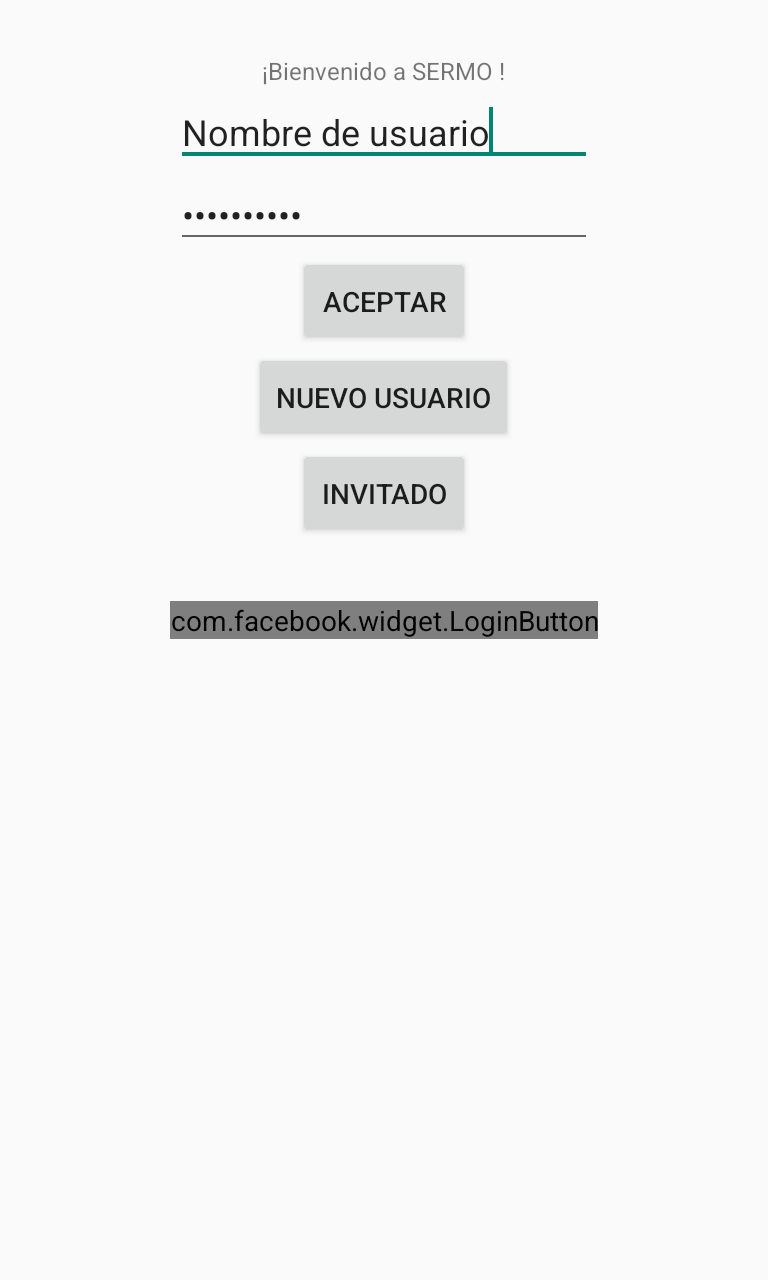
Repository: MVidi/juegos
Layout: SermoJuego/res/layout/pantallaprimera.xml
The author's editor kept a copy of each file at every save. The layout is drawn from the files as they stood at one save, then again after the next save.
Pictures or frames that could not be fetched are drawn as grey boxes. It is drawn on a 768 x 1280 px phone screen (xhdpi) without system bars, with theme AppTheme; the app's code is not run.

Above is the layout before, as saved 2014-08-11 16:10:54.

### SermoJuego/res/layout/pantallaprimera.xml
<RelativeLayout xmlns:android="http://schemas.android.com/apk/res/android"
    xmlns:tools="http://schemas.android.com/tools"
    android:id="@+id/container"
    android:layout_width="match_parent"
    android:layout_height="match_parent"
    tools:context=".pantallaInicioActivity"
    tools:ignore="MergeRootFrame" >

    <TextView
        android:id="@+id/TituloPI"
        android:layout_width="wrap_content"
        android:layout_height="wrap_content"
        android:layout_alignParentTop="true"
        android:layout_centerHorizontal="true"
        android:layout_marginTop="27dp"
        android:text="@string/juego"
        android:textSize="12sp" />

    <EditText
        android:id="@+id/contrasenaPI"
        android:layout_width="wrap_content"
        android:layout_height="wrap_content"
        android:layout_centerHorizontal="true"
        android:layout_below="@+id/usuarioPI"
        android:ems="10"
        android:inputType="textPassword"
        android:onClick="clicarContrasena"
        android:text="@string/Contrasena" />

    <EditText
        android:id="@+id/usuarioPI"
        android:layout_width="wrap_content"
        android:layout_height="wrap_content"
        android:layout_below="@+id/TituloPI"
        android:layout_centerHorizontal="true"
        android:ems="10"
        android:inputType="textPersonName"
        android:onClick="clicarUsuario"
        android:text="@string/Usuario" >

        <requestFocus />
    </EditText>

    <Button
        android:id="@+id/aceptarPI"
        android:layout_width="wrap_content"
        android:layout_height="wrap_content"
        android:layout_centerHorizontal="true"
        android:layout_below="@+id/contrasenaPI"
        android:onClick="aceptarPulsado"
        android:text="@string/Aceptar" />

    <Button
        android:id="@+id/nuevoUsuarioPI"
        android:layout_width="wrap_content"
        android:layout_height="wrap_content"
        android:layout_below="@+id/aceptarPI"
        android:layout_centerHorizontal="true"
        android:text="@string/nuevoUsuario" />

    <Button
        android:id="@+id/invitadoPI"
        android:layout_width="wrap_content"
        android:layout_height="wrap_content"
  		android:layout_centerHorizontal="true"
        android:layout_below="@+id/nuevoUsuarioPI"
        android:text="@string/Invitado"
    	android:onClick="conectarMongo" />


    <com.facebook.widget.LoginButton
        android:id="@+id/authButton"
        android:layout_width="wrap_content"
        android:layout_height="wrap_content"
        android:layout_below="@+id/invitadoPI"
        android:layout_centerHorizontal="true"
        android:layout_marginTop="30dp"
        />

</RelativeLayout>

### SermoJuego/res/values/strings.xml
<?xml version="1.0" encoding="utf-8"?>
<resources>

    <string name="app_name">SERMO</string>
    <string name="hello_world">Hello world!</string>
    <string name="juego">¡Bienvenido a SERMO !</string>
    <string name="action_settings">Settings</string>
  	<string name="Usuario">Nombre de usuario</string>
  	<string name="Contrasena">Contraseña</string>
  	<string name="Aceptar">Aceptar</string>
  	<string name="Invitado">Invitado</string>
  	<string name="nuevoUsuario">Nuevo Usuario</string>
  	<string name="jugar">jugar</string>
  	<string name="amigos">Amigos</string>
  	<string name="configurar">Configuración</string>
  	<string name="tipopartida">Seleccione tipo de partida</string>
</resources>

Loaded but not shown: SermoJuego/res/values/styles.xml (common file); SermoJuego/res/values-v11/styles.xml (common file); SermoJuego/res/values-v14/styles.xml (common file)

After the next save:
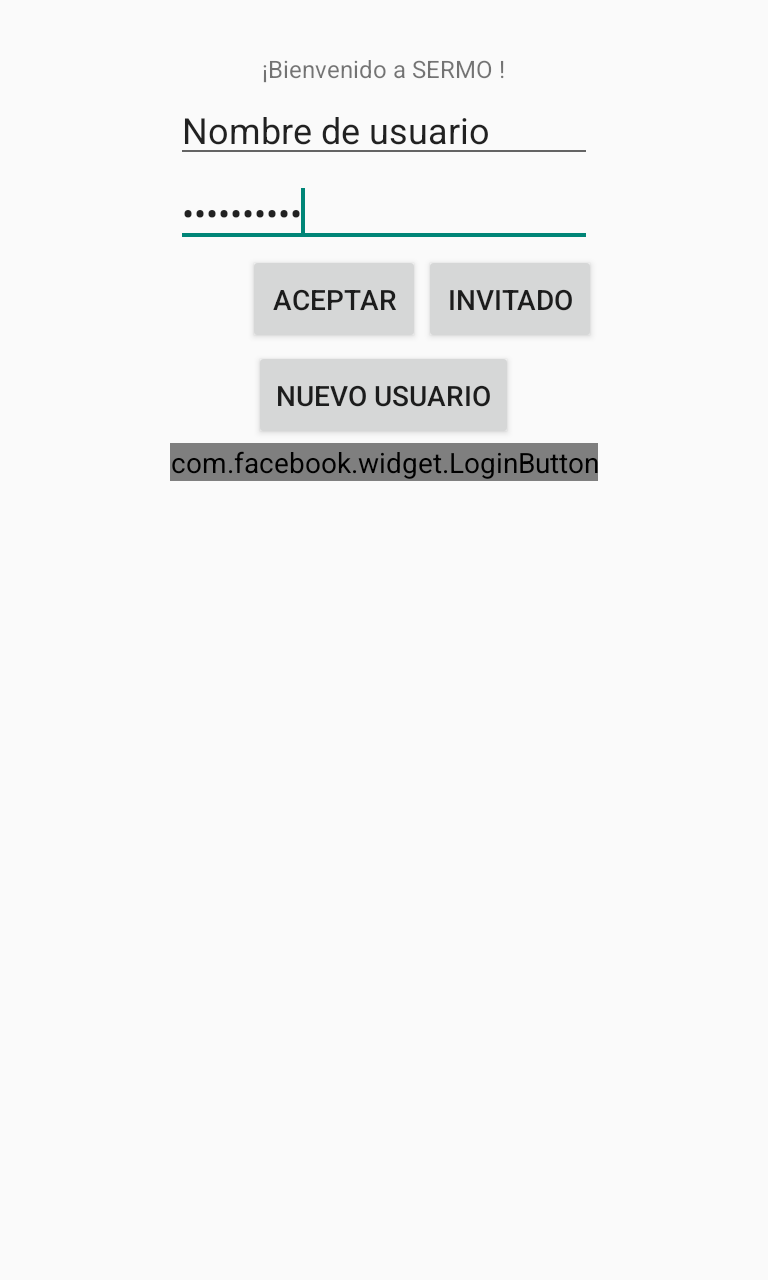
Saved 2 min 38 s later.
--- a/SermoJuego/res/layout/pantallaprimera.xml
+++ b/SermoJuego/res/layout/pantallaprimera.xml
@@ -6,49 +6,58 @@
     tools:context=".pantallaInicioActivity"
     tools:ignore="MergeRootFrame" >
 
+    <Button
+        android:id="@+id/aceptarPI"
+        android:layout_width="wrap_content"
+        android:layout_height="wrap_content"
+        android:layout_below="@+id/contrasenaPI"
+        android:layout_toLeftOf="@+id/invitadoPI"
+        android:onClick="aceptarPulsado"
+        android:text="@string/Aceptar" />
+
+    <Button
+        android:id="@+id/invitadoPI"
+        android:layout_width="wrap_content"
+        android:layout_height="wrap_content"
+        android:layout_above="@+id/nuevoUsuarioPI"
+        android:layout_alignRight="@+id/authButton"
+        android:onClick="conectarMongo"
+        android:text="@string/Invitado" />
+
+    <EditText
+        android:id="@+id/usuarioPI"
+        android:layout_width="wrap_content"
+        android:layout_height="wrap_content"
+        android:layout_alignRight="@+id/contrasenaPI"
+        android:layout_below="@+id/TituloPI"
+        android:ems="10"
+        android:inputType="textPersonName"
+        android:onClick="clicarUsuario"
+        android:text="@string/Usuario" />
+
+    <EditText
+        android:id="@+id/contrasenaPI"
+        android:layout_width="wrap_content"
+        android:layout_height="wrap_content"
+        android:layout_below="@+id/usuarioPI"
+        android:layout_centerHorizontal="true"
+        android:ems="10"
+        android:inputType="textPassword"
+        android:onClick="clicarContrasena"
+        android:text="@string/Contrasena" >
+
+        <requestFocus />
+    </EditText>
+
     <TextView
         android:id="@+id/TituloPI"
         android:layout_width="wrap_content"
         android:layout_height="wrap_content"
         android:layout_alignParentTop="true"
         android:layout_centerHorizontal="true"
-        android:layout_marginTop="27dp"
+        android:layout_marginTop="26dp"
         android:text="@string/juego"
         android:textSize="12sp" />
-
-    <EditText
-        android:id="@+id/contrasenaPI"
-        android:layout_width="wrap_content"
-        android:layout_height="wrap_content"
-        android:layout_centerHorizontal="true"
-        android:layout_below="@+id/usuarioPI"
-        android:ems="10"
-        android:inputType="textPassword"
-        android:onClick="clicarContrasena"
-        android:text="@string/Contrasena" />
-
-    <EditText
-        android:id="@+id/usuarioPI"
-        android:layout_width="wrap_content"
-        android:layout_height="wrap_content"
-        android:layout_below="@+id/TituloPI"
-        android:layout_centerHorizontal="true"
-        android:ems="10"
-        android:inputType="textPersonName"
-        android:onClick="clicarUsuario"
-        android:text="@string/Usuario" >
-
-        <requestFocus />
-    </EditText>
-
-    <Button
-        android:id="@+id/aceptarPI"
-        android:layout_width="wrap_content"
-        android:layout_height="wrap_content"
-        android:layout_centerHorizontal="true"
-        android:layout_below="@+id/contrasenaPI"
-        android:onClick="aceptarPulsado"
-        android:text="@string/Aceptar" />
 
     <Button
         android:id="@+id/nuevoUsuarioPI"
@@ -58,23 +67,11 @@
         android:layout_centerHorizontal="true"
         android:text="@string/nuevoUsuario" />
 
-    <Button
-        android:id="@+id/invitadoPI"
-        android:layout_width="wrap_content"
-        android:layout_height="wrap_content"
-  		android:layout_centerHorizontal="true"
-        android:layout_below="@+id/nuevoUsuarioPI"
-        android:text="@string/Invitado"
-    	android:onClick="conectarMongo" />
-
-
     <com.facebook.widget.LoginButton
         android:id="@+id/authButton"
         android:layout_width="wrap_content"
         android:layout_height="wrap_content"
-        android:layout_below="@+id/invitadoPI"
-        android:layout_centerHorizontal="true"
-        android:layout_marginTop="30dp"
-        />
+        android:layout_below="@+id/nuevoUsuarioPI"
+        android:layout_centerHorizontal="true" />
 
 </RelativeLayout>
